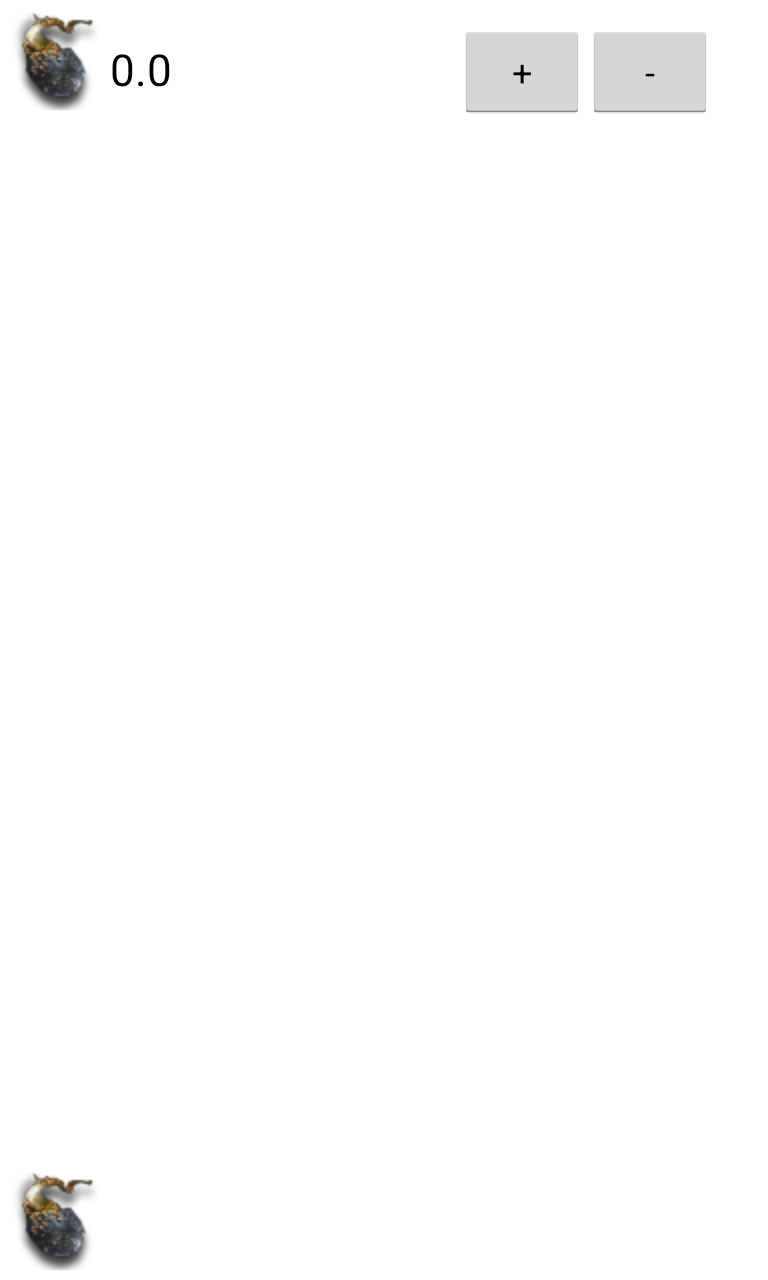
Repository: erictoddhagen/StartingAndriod
Layout: MyFirstApp/OrbTradeTracker/res/layout/activity_main.xml
These files come from the project's save history. The layout is drawn as it stood at one moment and after the next save; the edit follows.
It is drawn on a 768 x 1280 px phone screen (xhdpi) without system bars, with theme AppTheme; the app's code is not run.

Above is the layout before, as saved 2013-02-03 08:35:56.

After the next save:
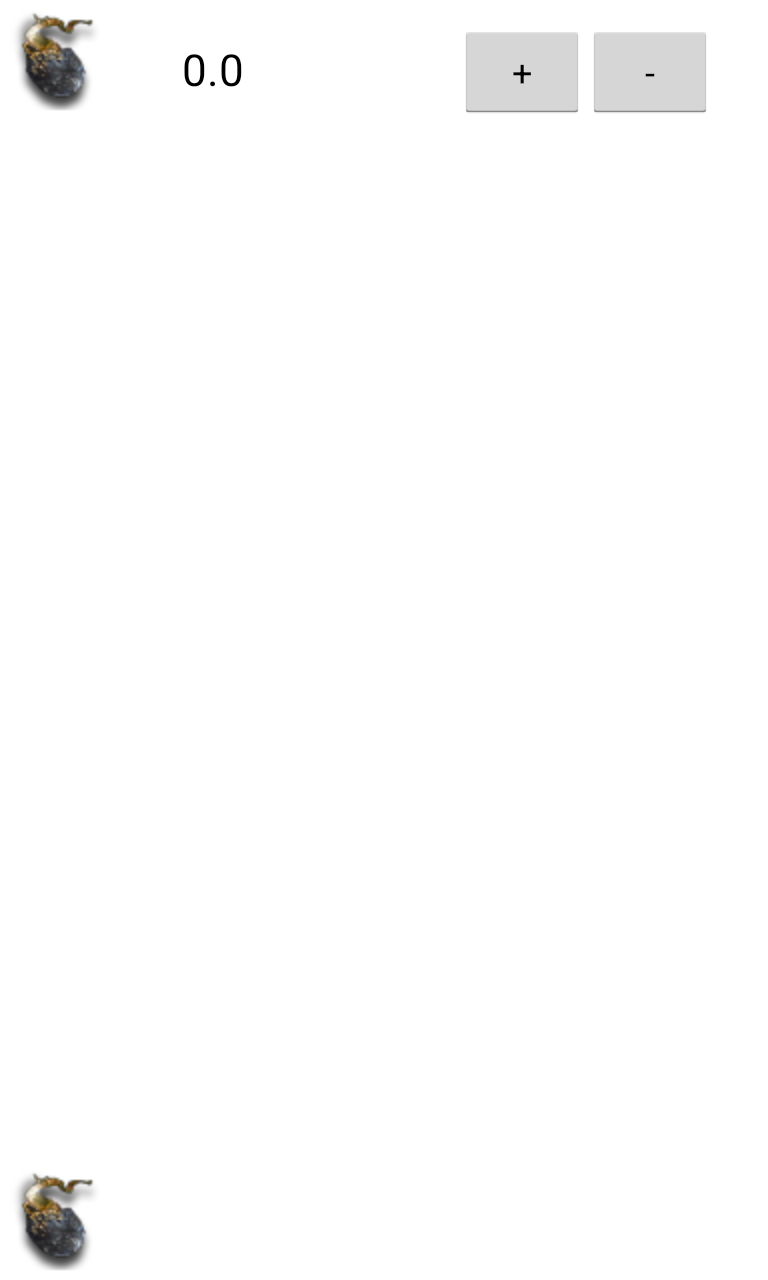
Saved 53 s later.
--- a/MyFirstApp/OrbTradeTracker/res/layout/activity_main.xml
+++ b/MyFirstApp/OrbTradeTracker/res/layout/activity_main.xml
@@ -44,6 +44,7 @@
         android:layout_height="wrap_content"
         android:layout_alignBaseline="@+id/buttonadd"
         android:layout_alignBottom="@+id/buttonadd"
+        android:layout_marginLeft="36dp"
         android:layout_toRightOf="@+id/imageView1"
         android:text="0.0"
         android:textAppearance="?android:attr/textAppearanceLarge" />
